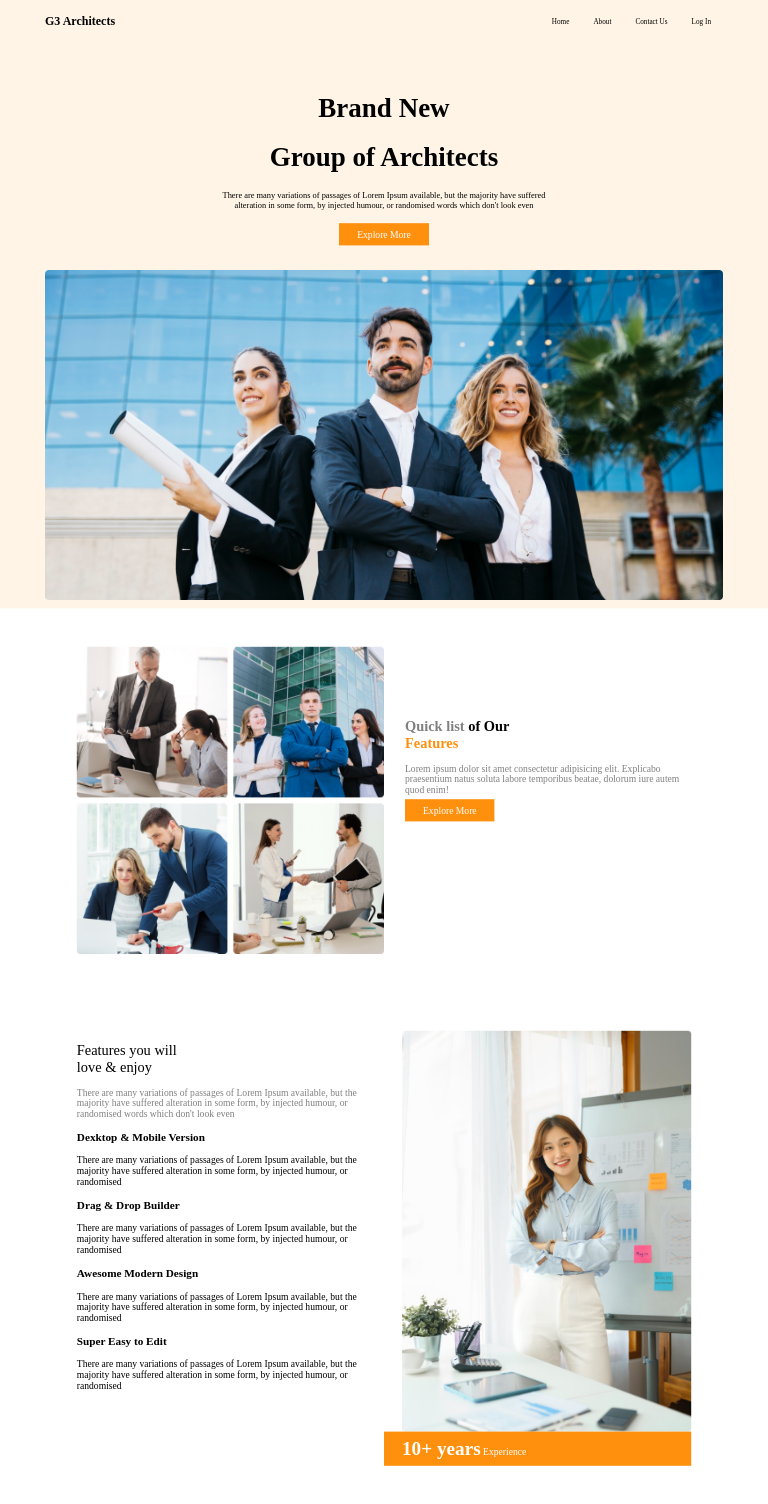
Repository: sadiaafsana138/Architect
Page: index.html
These files come from the project's save history. The page is drawn as it stood at one moment and after the next save; the edit follows.
The browser window is 1280 px wide. The pictures show the whole page, at 60% of full size.

Above is the page before, as saved 2023-01-16 16:49:43.

After the next save:
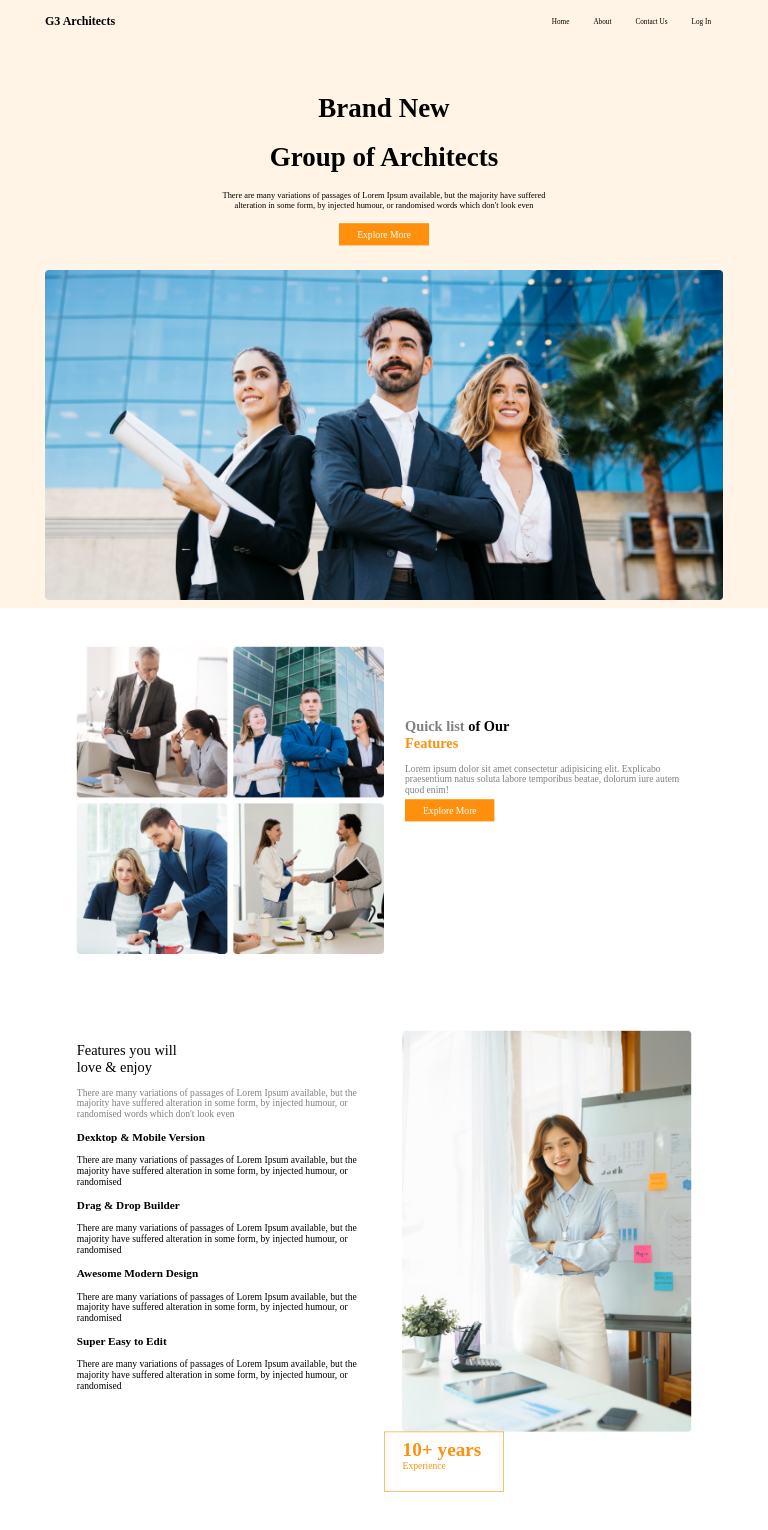
Saved 1 s later.
--- a/index.html
+++ b/index.html
@@ -111,7 +111,7 @@
     </div>
     <div class="sec3div2">
       <img src="images/architect.png" alt="">
-      <a href="#" class="link-btn"><span class="sp3">10+ years</span> Experience </a>
+      <a href="#" class="link-btn1"><span class="sp3">10+ years</span><br> Experience </a>
     </div>
 
 
